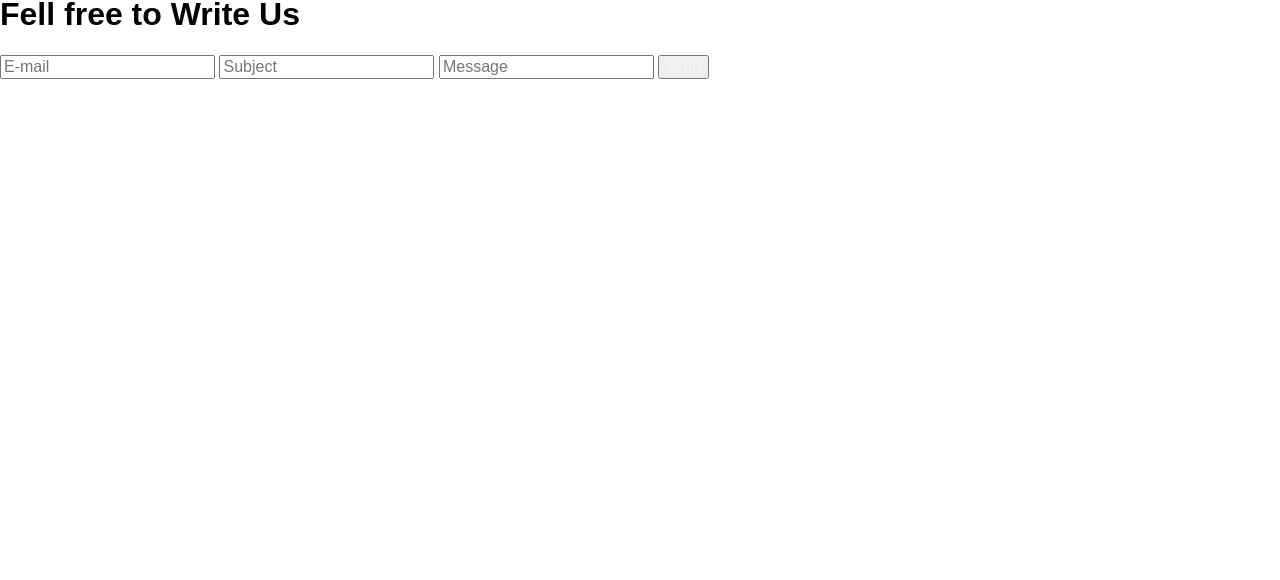
Repository: sogeisetsu/suy-ife
Page: 009-011/index.html
The author's editor kept a copy of each file at every save. The page is drawn from the files as they stood at one save, then again after the next save.
The browser window is 1280 px wide. The pictures show the part of the page from y = 3840 to 4420 px (the page is 4420 px tall).
A picture or video elsewhere on the page could not be fetched, so the positions and the page height are approximate.

Above is the page before, as saved 2019-10-13 00:00:07.

### 009-011/index.html
<!DOCTYPE html>
<html>
    <head>
        <meta name="charset" content="utf-8">
        <meta http-equiv="refresh" content="30">
        <link rel="stylesheet" href="normalize.css" type="text/css">
        <link rel="stylesheet" href="index.css" type="text/css">
    </head>
    <body>
        <div id=head>
            <div class=headback>
                <img src="sucai/head-back.png" alt="头部背景" class="head-image">
                <div class="headbackcolor"></div>
            </div>
            <div class="headfont">
                <h1 class="headfonttittle">Hello World</h1>
                <p class="headfonttext">China is speeding up strategic plan, standards, traffic rules, laws and regulations on  </p>
                <p class="headfonttext">accident-incurred liabilities for its smart car industry, Economic Information Daily </p>
                <p class="headfonttext">reported Thursday.</p>
            </div>
            <div class="headform">
                <h2 class="tittle">Create Your Account</h2>
                <p class="text">It is absolutely free</p>
                <form action="#">
                    <input class="input-field" type="email" name="email" id="email" placeholder="Create your email">
                    <input class="input-field" type="password" name="pws" id="pws" placeholder="Create your password">
                    <input class="sign-up" type="button" value="Sign Up">
                </form>
            </div>
        </div>
        <div id="page2">
            <div class="p2head">
                <p>Boatloads of Awesome</p>
                <h2>Ready-made, customizable, HTML <br>landing page sections</h2>
            </div>
            <div class="p2text">
                <div class="iphone">
                    <img src="sucai/Iphone Icon.png" alt="iphone">
                    <div class="texto">
                    <p class="tittle">Mobile First</p>
                    <p class="text">All modulz are built mobile-first for maximum<br>device compatibil </p>
                    </div>
                </div>
                <div class="check">
                    <img src="sucai/Check Icon.png" alt="check">
                    <div class="texto">
                    <p class="tittle">Accessibility</p>
                    <p class="text">Support for IE8, mobile and tablet devices,<br> screenreaders and color blind</p>
                    </div>
                </div>
                <div class="pencil">
                    <img src="sucai/Pencil Icon.png" alt="pencil">
                    <div class="texto">
                    <p class="tittle">Fluid Typography</p>
                    <p class="text">On different screen sizes, fonts automagically<br> scale with the viewport.</p>
                    </div>
                </div>
                <div class="setting">
                    <img src="sucai/Settings Icon.png" alt="setting">
                    <div class="texto">
                    <p class="tittle">Customization</p>
                    <p class="text">Make any design your own using the Style<br> Editor. Personalize fonts, colors, and layouts to<br> create the custom look you want.</p>
                    </div>
                </div>
            </div>
        </div>
        <div id=page3>
            <div class=page3back>
                <img src="sucai/page3background.png" alt="第三张背景" class="page3-image">
                <!-- <img src="sucai/page3Screen.png" alt="ipad屏幕" class="page3-screen"> -->
                <div class="headbackcolor"></div>
                <img src="sucai/page3Screen.png" alt="ipad屏幕" class="page3-screen">
            </div>
            <div class="page3text">
                <p class="tittle">Supportive policies<br> for China's smart<br> car</p>
                <p class="text">China will come up with its own smart car<br> standards, traffic rules, laws and regulations<br> relating to safety, according to the China<br> Industry Innovation Alliance for the Intelli-<br>gent and Connected Vehicles.</p>
                <input class="CheckoutFeatures" type="button" value="CHECK OUT FEATURES">
                <input class="TryproductforFree" type="button" value="Try product for Free">
            </div>
        </div>
        <div id="page4">
            <h2 class="tittle">Try Our Awesome Products</h2>
            <div class="text">
                <div class="singleton">
                    <img src="sucai/Singleton.png" alt="singleton">
                    <p>Li Jun, a China Academy of Engi-<br>neering academician and also<br> director of the alliance's experts'<br> committee, said that China will<br> also launch design guidance for<br> smart cars, smart map architec-<br>ture and standards for test<br> grounds.</p>
                </div>
                <div class="hero">
                    <img src="sucai/Hero.png" alt="hero">
                    <p>Li said the smart car industry is<br> able to enlarge the current car<br> industry by 1 trillion yuan ($158.15<br> billion) and also able to boost fast<br> development in 5G, internet of<br> cars, big data, artificial intelligence<br> and new-energy vehicles.</p>
                </div>
                <div class="portlaned">
                    <img src="sucai/Portland.png" alt="portland">
                    <p>Zhang Junyi, a partner with NIO<br> Capital, said that the smart car is<br> the trend for the car industry and<br> China's auto sector will usher in a<br> new key development stage with<br> the improvement of infrastructure,<br> technology, policies and laws</p>
                </div>
            </div>
        </div>
        <div id="page5">
            <div class="p5text">
            <div class="tree">
                <img src="sucai/tree.png" alt="树木">
                <div class="tree-text">
                    <h3>Learn How to Improve Your <br>Personal Business</h3>
                    <p>Li Jun, a China Academy of Engineering<br> academician and also director of the<br> alliance's experts' committee, said that<br> China will also launch design guidance<br> for smart cars, smart map architecture<br> and standards for test grounds.</p>
                </div>
            </div>
            <div class="bird">
                <!-- <img src="sucai/bird.png" alt="鸟"> -->
                <div class="bird-text">
                    <h3>Choose Between Two Beautifully<br> Designed Color Schemes.</h3>
                    <p>China will come up with its own smart<br> car standards, traffic rules, laws and reg-<br>ulations relating to safety, according to<br> the China Industry Innovation Alliance<br> for the Intelligent and Connected<br> Vehicles.</p>
                </div>
                <img src="sucai/bird.png" alt="鸟">
            </div>
            </div>
        </div>
        <div id="page6">
            <div class="tittle">
                <h2>Our Awesome Crew</h2>
                <p>Our unique online teaching style makes learning easy for everyone. Whether you<br> are trying to land a new job, brush up on your skills.</p>
            </div>
            <div class="text">
                <div class="one">
                    <img src="sucai/张思远大.png" alt="张思远大.png">
                    <div class="one-des">
                            <h4>Ethan Dutton</h4>
                            <p>Senior Visual Designer</p>
                            <ul class="social-buttons">
                                <li><a href="#" class="icon icon-facebook"></a></li>
                                <li><a href="#" class="icon icon-instagram"></a></li>
                                <li><a href="#" class="icon icon-twitter"></a></li>
                            </ul>
                    </div>
                </div>
                <div class="one">
                    <img src="sucai/ren2.png" alt="ren3">
                    <div class="one-des">
                            <h4>Ethan Dutton</h4>
                            <p>Senior Visual Designer</p>
                            <ul class="social-buttons">
                                <li><a href="#" class="icon icon-facebook"></a></li>
                                <li><a href="#" class="icon icon-instagram"></a></li>
                                <li><a href="#" class="icon icon-twitter"></a></li>
                            </ul>
                    </div>
                </div>
                <div class="one">
                    <img src="sucai/ren3.png" alt="ren3">
                    <div class="one-des">
                            <h4>Ethan Dutton</h4>
                            <p>Senior Visual Designer</p>
                            <ul class="social-buttons">
                                <li><a href="#" class="icon icon-facebook"></a></li>
                                <li><a href="#" class="icon icon-instagram"></a></li>
                                <li><a href="#" class="icon icon-twitter"></a></li>
                            </ul>
                    </div>
                </div>
                <div class="one">
                    <img src="sucai/沈大.png" alt="shenda">
                    <div class="one-des">
                            <h4>Ethan Dutton</h4>
                            <p>Senior Visual Designer</p>
                            <ul class="social-buttons">
                                <li><a href="#" class="icon icon-facebook"></a></li>
                                <li><a href="#" class="icon icon-instagram"></a></li>
                                <li><a href="#" class="icon icon-twitter"></a></li>
                            </ul>
                    </div>
                </div>
            </div>
        </div>
        <div id="page7">
            <div class="page7form">
                <h1>Fell free to Write Us</h1>
            <form action="#" class="form">
                <input type="email" name="email" class="input-filed" id="email" placeholder="E-mail">
                <input name="sub" class="input-filed" placeholder="Subject">
                <input type="text"class="input-field" placeholder="Message">
                <input type="button" class="send" value="send">
            </form>
            </div>
            <div class="text">

            </div>
        </div>
    </body>
</html>

### 009-011/index.css
html,body{
    margin: 0;
    height: 100%;
    width: 100%;
    /* overflow: hidden; */
}
#head,#page2,#page3,#page7{
    width: 100%;
    height: 605px;
    overflow: hidden;
}
#page6{
    width: 100%;
    height: 900px;
    overflow: hidden;
}
#page5{
    width: 100%;
    height: 700px;
    overflow: hidden;
}

#page4{
    width: 100%;
    height: 400px;
    overflow: hidden;
}
.headback{
    position: relative;
    width: 100%;
    height: 100%;
    z-index: -1;
}
.page3back{
    width: 100%;
    height: 100%;
    z-index: -1;
}
.page3-screen{
    position: relative;
    bottom: 1210px;
    height: 70%;
    display: block;
     margin-top: 100px;
     margin-right: 0%;
     float: right;
}
.headbackcolor{
    background-color: rgba(12, 10, 8, 0.61);
    width: 100%;
    height: 100%;
    position: relative;
    bottom: 605px;
}
.head-image,.page3-image{
    height: 100%;
    width: 100%;
    display: block;
}
.headfont{
    position: relative;
    margin: 0;
    bottom: 605px;
    text-align: center;
}
.headfonttittle,.page3text .tittle{
    margin-top: 130px;
    font-size: 3em;
    color: rgb(245, 245, 245);
    font-weight: 300;
}
.headfonttext,.page3text .text{
    font-weight: 300;
    color: rgba(255, 255, 255, 0.568);
}
.headform{
    position: relative;
    bottom: 605px;
    margin: 40px auto;
    border-style: solid ;
    border-width: 2px;
    border-color: rgba(236, 235, 233, 0.445);
    border-radius: 10px;
    box-sizing: border-box;
    width: 850px;
    display: flex;
    flex-direction: column;
    height: 230px;
}
.headform .tittle{
    color: rgba(252, 249, 246, 0.89);
    text-transform: uppercase;
    font-size: 1em;
    text-align: center;
}
.headform .text{
    color: rgba(252, 249, 246, 0.616);
    text-transform: uppercase;
    font-size: 0.3em;
    text-align: center;
    margin-top: 0;
    font-family: Montserrat-Light;
}
.headform form{
    margin: 40px auto;
}
input{
    color: rgb(245, 245, 245);
}
.headform .input-field{
    width: 292px;
    height: 50px;
    padding: 18px 0 18px 22px;
    margin-right: 30px;
    box-sizing: border-box;
	border-radius: 2px;
	border: solid 1px rgba(255, 255, 255, 0.2);
    background: transparent;
}

.headform .sign-up,.page3text .CheckoutFeatures,.page3text .TryproductforFree{
    color: rgb(0, 0, 0);
    background-color: rgb(245, 245, 245);
    text-align: center;
    border: 0;
    height: 40px;
    width: 130px;
    text-transform: uppercase;
    font-size: 0.8em;
    font-weight: bold;
    border-radius: 2px;
    cursor: pointer;
    outline: none;
}
.page3text .CheckoutFeatures{
    width: 170px;
}
.page3text .TryproductforFree{
    background-color: transparent;
    width: 170px;
    border: solid 1px rgba(255, 255, 255, 0.2);
    color: rgba(245, 245, 245, 0.486);
    font-weight: 400;
    position: relative;
    left: 10px;
}
.headform .sign-up:active{
    border: 0;
    border-color: rgb(245, 245, 245);
    outline: none;
}
.p2head{
    text-align: center;
    margin-top: 90px;
}
.p2head p{
    text-transform: uppercase;
    /* letter-spacing: 0.2em; */
    font-weight: 400;
    font-size: 0.8em;
    margin-bottom: 2em;
}
.p2head h2{
    font-weight: 400;
    letter-spacing: 0.1em;
    line-height: 1.2em;

}
.p2text{
    margin-top: 50px;
    display: flex;
    flex-flow: row wrap;
    margin-left: 20%;
}
.iphone,.check,.pencil,.setting{
    flex: 50%;
    margin-bottom: 60px;
    margin-top: 40px;
    /* overflow: hidden; */
}
.iphone img,.iphone .texto,.check .texto,.check img,.pencil .texto,.pencil img,.setting img,.setting .texto{
    float: left;
}
.iphone .texto,.check .texto,.pencil .texto,.setting .texto{
    position: relative;
    left: 20px;
    bottom: 20px;
    margin: 0;
}
.texto .tittle{
    font-weight: bold;
}
.texto .text{
    font-size: 0.7em;
    color: rgba(0, 0, 0, 0.521);
}
.page3text{
    width: 70%;
    left: 15%;
    bottom: 605px;
    position: relative;
}
.page3text .tittle{
    font-size: 2em;;
}
.page3text .text{
    line-height: 1.5em;
}
#page4 .tittle{
    text-align: center;
    font-weight: 400;
}
#page4 .text{
    display: flex;
    flex-flow: row;
    text-align: center;
    align-items: center;
    justify-content: space-around;
    margin-top: 50px;
    margin-left: 10%;
    margin-right: 10%;
}
.portlaned p,.singleton p,.hero p{
    font-weight: 300;
    line-height: 1.5em;
}
.hero,.portlaned{
    position: relative;
    bottom: 13px;
}
#page5 .tree,#page5 .bird{
    display: flex;
    /* width: 2000px; */
    box-sizing: border-box;
    width: 100%;
    align-items: center;
    justify-content: space-around;
    /* margin-top: 50px;
    margin-left: 10%; */
    position: relative;
    /* bottom: 605px; */
}
#page5 .bird{
    margin-top: 40px;
}
.tree .tree-text{
    position: relative;
    right: 60px;
}
 .bird .bird-text{
     position: relative;
     left: 60px;
 }
.tree .tree-text p,.bird .bird-text p,.tree .tree-text h3,.bird .bird-text h3{
    line-height: 1.5em;
}
.tree .tree-text p,.bird .bird-text p{
    font-weight: 300;
}
/* .tree .tree-text{
    left: 200px;
} */
.p5text{
    margin-left: 5%;
    margin-right: 5%;
}
#page5 img{
    height: auto;
    width: 510px;
}
#page6 .tittle{
    text-align: center;
    margin-bottom: 50px;
}
#page6 .tittle p{
    line-height: 1.5em;
    font-weight: 300;
}
#page6 .text{
    width: 970px;
    margin: 0 auto;
    display: flex;
    flex-wrap: wrap;
    justify-content: space-between;
}
.one{
    width: 470px;
    height: 340px;
    margin-bottom: 30px;
    /* margin-top: px; */
    position: relative;
    box-shadow: 1px 1px 21px 0px rgba(20, 20, 20, 0.1);
	background-color: #b8b8b8;
    border-radius: 2px;
    overflow: hidden;
}
/* .one img,.two img,.there img,.four img{
    height: 200px;
    width: auto;
} */
 .one .one-des{
     background-color: #140b0b69;
     color: aliceblue;
     width: 470px;
     height: 340px;
     position: absolute;
     left: 0;
     top: 340px;
     transition: all 0.5s;
     padding-top: 40px;
 }
 .one:hover .one-des{
     top: 0px;
 }
 .social-buttons{
    width: 213px;
    list-style-type: none;
    margin: 40px auto;
    padding: 0;
    display: flex;
    justify-content: space-between;
}
.icon{
    display: block;
    width: 54px;
    height: 54px;
    background-position: 50% 50%;
    background-repeat: no-repeat;
}
.icon-facebook{
    background-image: url(sucai/Facebook.png);
}
.icon-instagram{
    background-image: url(sucai/Instagram.png);
}
.icon-twitter{
    background-image: url(sucai/Twitter.png);
}
.one-des h4{
    text-align: center;
}
.one-des p{
    text-align: center;
    font-size: 0.7em;
    color: rgba(240, 248, 255, 0.705);
}

Loaded but not shown: 009-011/normalize.css (library)

After the next save:
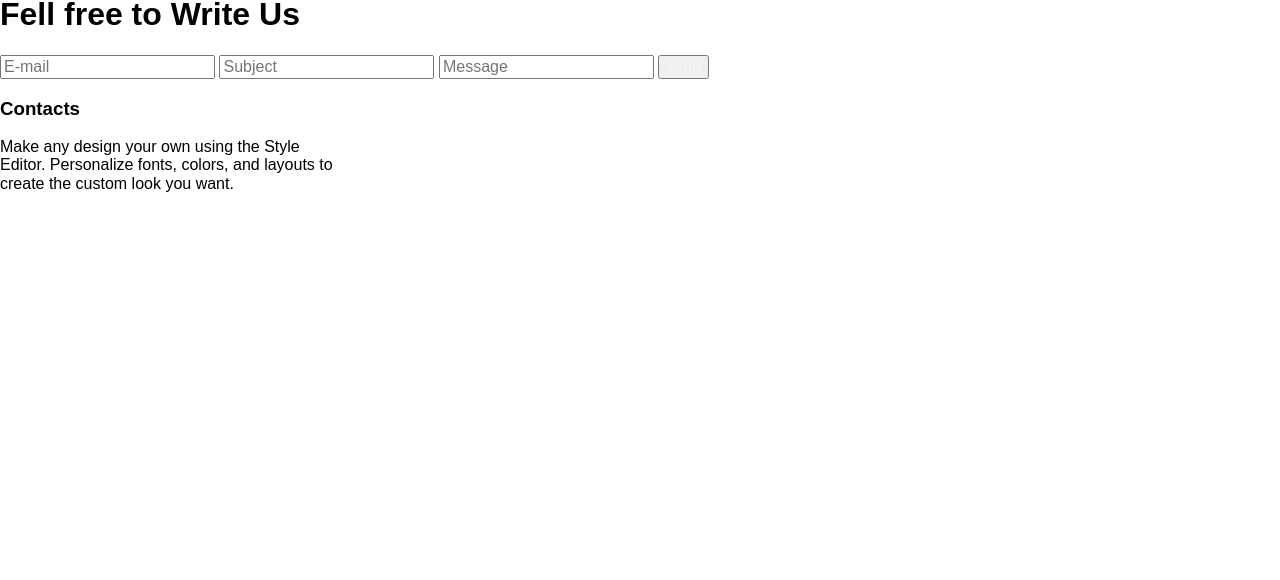
Saved 10 min 8 s later.
--- a/009-011/index.html
+++ b/009-011/index.html
@@ -180,8 +180,11 @@
                 <input type="button" class="send" value="send">
             </form>
             </div>
-            <div class="text">
-
+            <div class="p7text">
+                <div class="text">
+                    <h3>Contacts</h3>
+                    <p>Make any design your own using the Style<br> Editor. Personalize fonts, colors, and layouts to<br> create the custom look you want.</p>
+                </div>
             </div>
         </div>
     </body>
